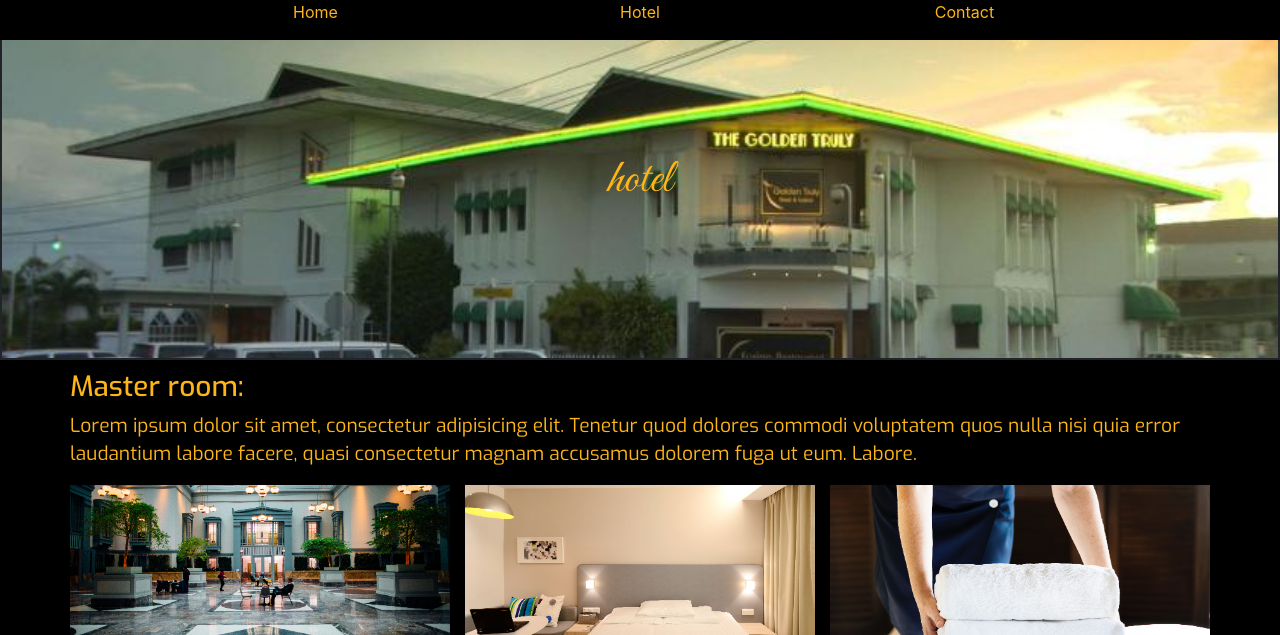
Repository: Code-Institute-Submissions/anthonycaf-Milestone1
Page: hotel.html
The author's editor kept a record of every edit. The page is drawn from the files as they stood at one moment, then again after the next edit.
The browser window is 1280 px wide. The pictures show the part of the page from y = 0 to 635 px (the page is 1236 px tall).
Pictures or frames that could not be fetched are drawn as grey boxes.

Above is the page before.

### hotel.html
<!DOCTYPE html>
<html lang="en">
<head>
    <meta charset="UTF-8">
    <meta name="viewport" content="width=device-width, initial-scale=1.0">
    <meta http-equiv="X-UA-Compatible" content="ie=edge">
    <!--             links/bootstrap/fontawsome    -->
    <link rel="stylesheet" href="https://stackpath.bootstrapcdn.com/font-awesome/4.7.0/css/font-awesome.min.css" type="text/css" />
    <link rel="stylesheet" href="https://stackpath.bootstrapcdn.com/bootstrap/4.3.1/css/bootstrap.min.css" type="text/css" />
    <!--             main/css                      -->
    <link rel="stylesheet" href="./css/style.css" type="text/css" />
    <title>Golden Truly Hotel</title>
</head>
<body>
        <header>
            <nav class="nav-bar">
                <ul class="nav-bar-menu">
                    <li class="nav-bar-item"><a href="index.html">Home</a></li>
                    <li class="nav-bar-item"><a href="hotel.html">Hotel</a></li>
                    <li class="nav-bar-item"><a href="contact.html">Contact</a></li>
                </ul>
            </nav>
             <div class="bg-image-title">
                <a href="index.html" class="img"></a>
                <h1 class="uppercase text-center" id="title">hotel</h1>
            </div>
        </header>
        <main>
       <div class="container">
           <div class="row now gutters">
               <h3 class="uppercase text-center">Master room:</h3>
               <p>Lorem ipsum dolor sit amet, consectetur adipisicing elit. Tenetur quod dolores commodi voluptatem quos nulla nisi quia error laudantium labore facere, quasi consectetur magnam accusamus dolorem fuga ut eum. Labore.</p>
               <div class="col-4 bg-master-room1"><a href="hotel.html" class="bg-room-image"></a></div>
                <div class="col-4 bg-master-room2"><a href="hotel.html" class="bg-room-image"></a></div>
                 <div class="col-4 bg-master-room3"><a href="hotel.html" class="bg-room-image"></a></div>
           </div>
       </div>
       <iframe src="https://www.google.com/maps/embed?pb=!1m18!1m12!1m3!1d132.6126250824891!2d-55.1378490964076!3d5.854878623899481!2m3!1f270!2f39.52737709842546!3f0!3m2!1i1024!2i768!4f35!3m3!1m2!1s0x8d083562dc0f800b%3A0x19fa7578782730f6!2sThe%20Golden%20Truly%20Hotel%20%26%20Casino!5e1!3m2!1sen!2snl!4v1567942632494!5m2!1sen!2snl"
       ></iframe>
       </main>
         <footer class="container-fluid">
    <div id="footer-details" class="row">
     <div class="col-sm-4">
      <h5 class="uppercase general-sub">Opening hours</h5>
      <p class="inline-block">
       Lorem ipsum dolor sit amet, consectetur adipisicing elit. Explicabo, fugiat.
      </p>
     </div>
     <div class="col-sm-4">
       <h5 class="uppercase general-sub"> <a href="assets/cv/sample-cv.pdf" target="_blank" class="cv-pdf">
        <i class="fa fa-map marker alt" aria-hidden="true"></i>
        <span class="sr-only">Map link.</span>
       </a>Location</h5>
       <p class="inline-block">Jozef Israelstraat 43<br>
           PO Box 13575<br>
           Paramaribo, Suriname<br>
              South America<br>
            PHONE (597) 454249<br>
              FAX (597) 457117
 </p>

     </div>
     <div class="col-sm-4">
       <h5 class="uppercase general-sub">Social</h5>
       <ul class="list-inline social-links">
           <li class="list-inline-item">
         <a href="#" target="_blank">
          <i class="fa fa-wifi" aria-hidden="true"></i>
          <span class="sr-only">wifi</span>
         </a>
        </li>
        <li class="list-inline-item">
         <a href="#" target="_blank">
          <i class="fa fa-linkedin" aria-hidden="true"></i>
          <span class="sr-only">Linkedin</span>
         </a>
        </li>

        <li class="list-inline-item">
         <a href="#" target="_blank">
          <i class="fa fa-facebook" aria-hidden="true"></i>
          <span class="sr-only">facebook</span>
         </a>
        </li>

        <li class="list-inline-item">
         <a href="#" target="_blank">
          <i class="fa fa-youtube" aria-hidden="true"></i>
          <span class="sr-only">youtube</span>
         </a>
        </li>
       </ul>
     </div>
    </div>
    </footer>


</body>
</html>

### css/style.css
 /*------------google-fonts----------*/

@import url('https://fonts.googleapis.com/css?family=Exo:100,200,300,400,500,600,700|Great+Vibes&display=swap:100,200,300,400,500,600,700');

body {
margin:0;
padding: 0;
}
 /*------------main----------*/
 main {
     font-family: "Exo",sans-serif;
     font-size: 1.2em;
     width: 100%;
     background-color:
     #000000;
     color: #fdb517;
    padding-top: 10px;

 }
 .bg-master-room1 {
  background-image: url(../images/design-lobby-ceiling.jpg);
  background-clip: border-box;
    background-position: center;
    background-repeat: no-repeat;
    background-size: cover;
  width: 33.3%;
  height: 150px;
 }
.bg-master-room2 {
  background-image: url(../images/master1.jpg);
  background-clip: content-box;
    background-position: center;
    background-repeat: no-repeat;
    background-size: cover;
     width: 33.3%;
   height: 150px;
}
.bg-master-room3 {
 background-image: url(../images/housekeeping.jpg);
background-clip: border-box;
    background-position: center;
    background-repeat: no-repeat;
    background-size: cover;
  width: 33.3%;
  height: 150px;
}


 .bg-image-title {
   background: url("../images/golden-truly-hotel.jpg");
    background-clip: border-box;
    background-position: center;
    background-repeat: no-repeat;
    background-size: cover;
    transition: all .5s ease-in-out;
    -moz-transition: all .5s ease-in-out;
    -webkit-transition: all .5s ease-in-out;
     height: 360px;
     border: 2px solid;

 }
 #title {
  color: #fdb517;
     font-family: "Great Vibes",sans-serif;
     font-size: 3em;
     text-align: center;
     padding-top: 150px;
 }
 #welcome {
   color: #fdb517;
     font-family: "Great Vibes",sans-serif;
     font-size: 2.5em;}
   .section {
    margin: 0 auto;
   }

  /*-----------main nav-bar----------*/
  .nav-bar {
   position: fixed;
   top: 0;
   left: 0;
   right: 0;
   background-color: #000000;

  }

  .nav-bar-menu {
   width: 100%;
   list-style: none;
   text-align: center;
 padding: 0;

  }
  .nav-bar-item a {
   font-size: 1em;
   text-align: center;
   color: #fdb517;
    text-decoration: none;
    height: 120px;
     width: 100%;
  }
  .nav-bar-item a:hover {
   border-radius: 20px;
   background-color: #fdb517;
   color: #000000;
    transition: all 0.35s ease-in-out;
    -moz-transition: all 0.35s ease-in-out;
    -webkit-transition: all 0.35s ease-in-out;
    -o-transition: all 0.35s ease-in-out;
  }
  .nav-bar-item {
   width: 25%;
  display: inline-block;

 }

iframe {
 width: 100%;
 height: 360px;
 border: none;
 margin: 0;
}
 /*-----------main footer----------*/

 .container-fluid {
  background-color: #000000;
  color: #fdb517;

 }

 footer {
    background-color: #525252;
    color: #fafafa;
    min-height: 120px;
    margin: 0;
    padding: 0;
}

.social-links {
    padding-bottom: 15px;
}
.social-links li a i {
    width: 32px;
    height: 32px;
    padding: 12px 0;
    border-radius: 50%;
    font-size: 13px;
    line-height: 7px;
    text-align: center;
    color: #fafafa;
    background-color: #8f8f8f;
     transition: all 0.35s ease-in-out;
    -moz-transition: all 0.35s ease-in-out;
    -webkit-transition: all 0.35s ease-in-out;
    -o-transition: all 0.35s ease-in-out;
}
.social-links li a i:hover {
    background: #fdb517;
}
#footer-details {
    padding:20px;
}
/*   contact.html/form    */
.contact-heading, .contact-thanks {
    font-family: "Great Vibes", sans-serif;
    font-weight: 300;
    margin-top: 25px;
    margin-bottom: 20px;

}
form {

    padding-top: 10px;
    margin: 0 auto;
    max-width: 70%;
}
button[type="submit"] {
    margin-top: 15px;
    margin-bottom: 20px;
    color: #fdb517;
    background-color: #000000;

}
/*-------------------------------------Media queries*/

@media(min-width: 992px) {
   .center-form {
    padding-top: 30px;
    min-height: 240px;
    margin: 0 auto;
    max-width: 50%;
}
}

After the next edit:
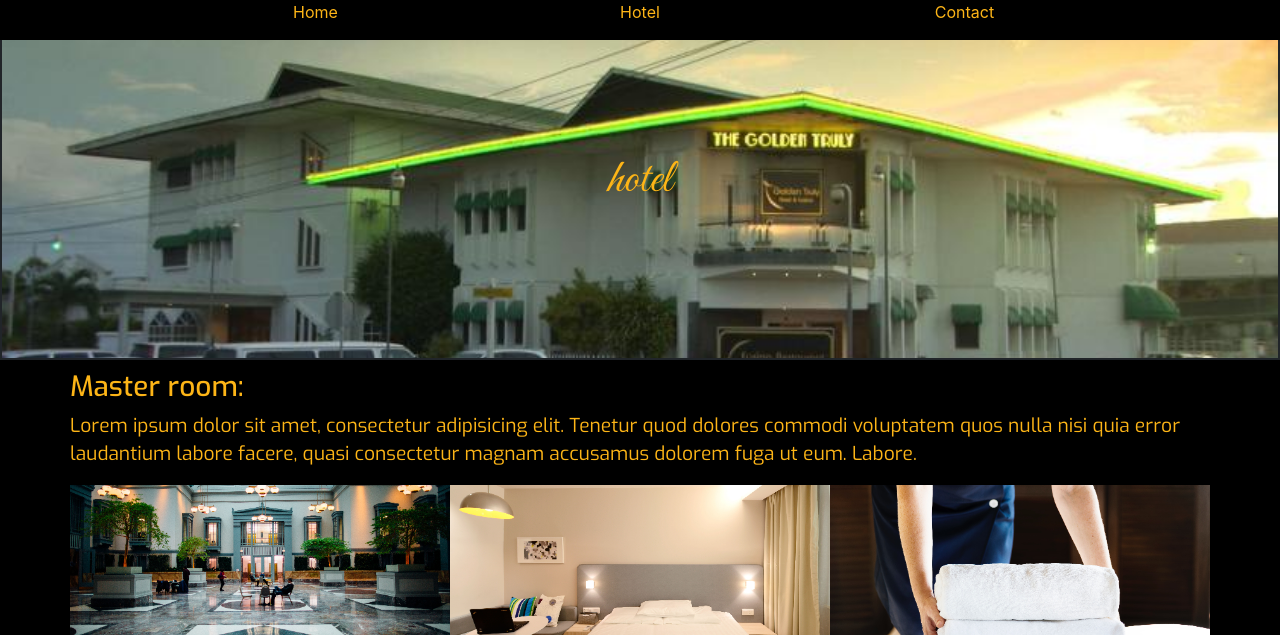
The edit:
--- a/css/style.css
+++ b/css/style.css
@@ -28,7 +28,7 @@
  }
 .bg-master-room2 {
   background-image: url(../images/master1.jpg);
-  background-clip: content-box;
+  background-clip: border-box;
     background-position: center;
     background-repeat: no-repeat;
     background-size: cover;
